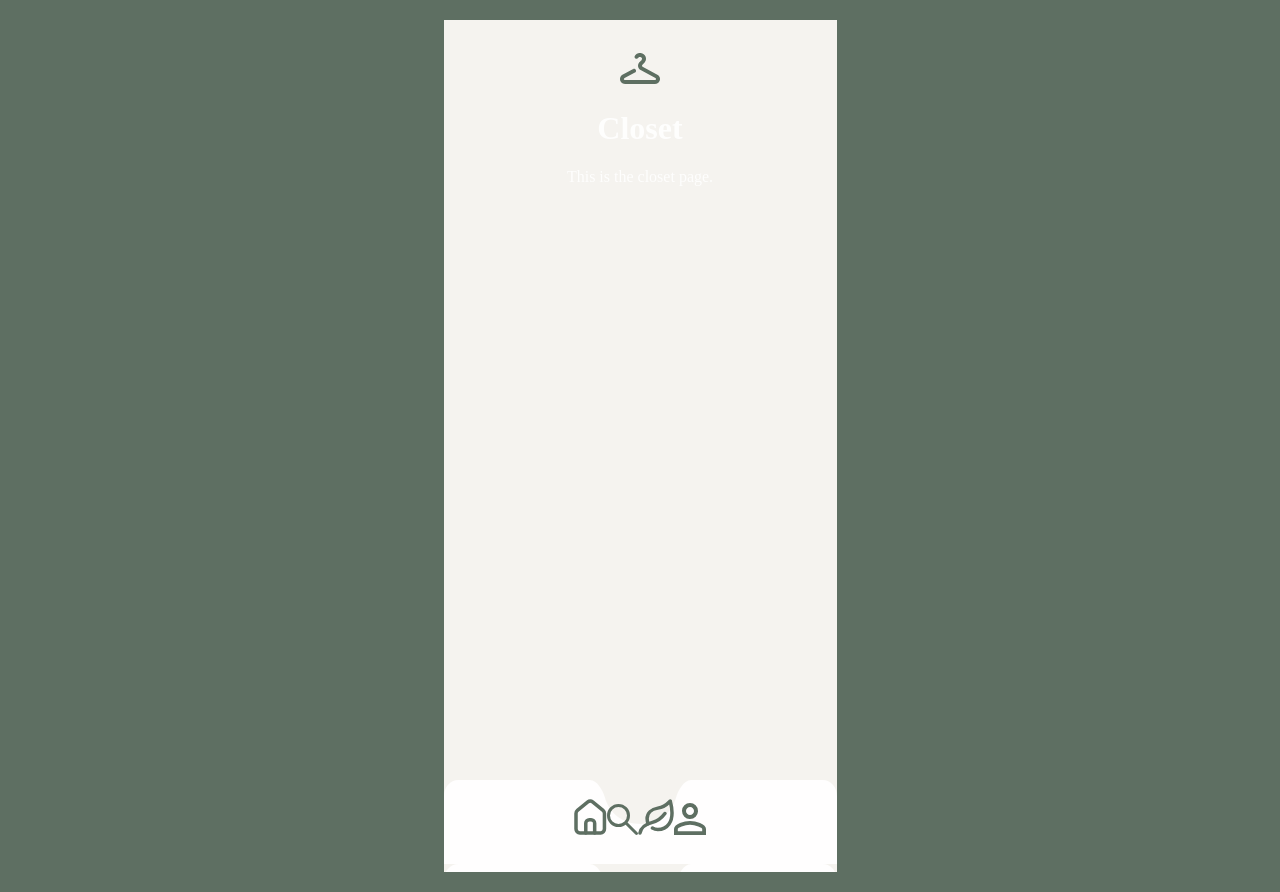
Repository: Strawb3rryjam/app-slotion
Page: /closet
The author's editor kept a copy of each file at every save. The page is drawn from the files as they stood at one save, then again after the next save.
The browser window is 1280 px wide. The pictures show the whole page.
The project was rebuilt for these pictures with package versions that can differ from the ones it lists, and the page was loaded fresh each time. Also part of the build but not shown: vite.config.js. Imported but missing from the stored project, and not drawn on this page: src/pages/Home.

Above is the page before, as saved 2025-05-09 02:21:15.

After the next save:
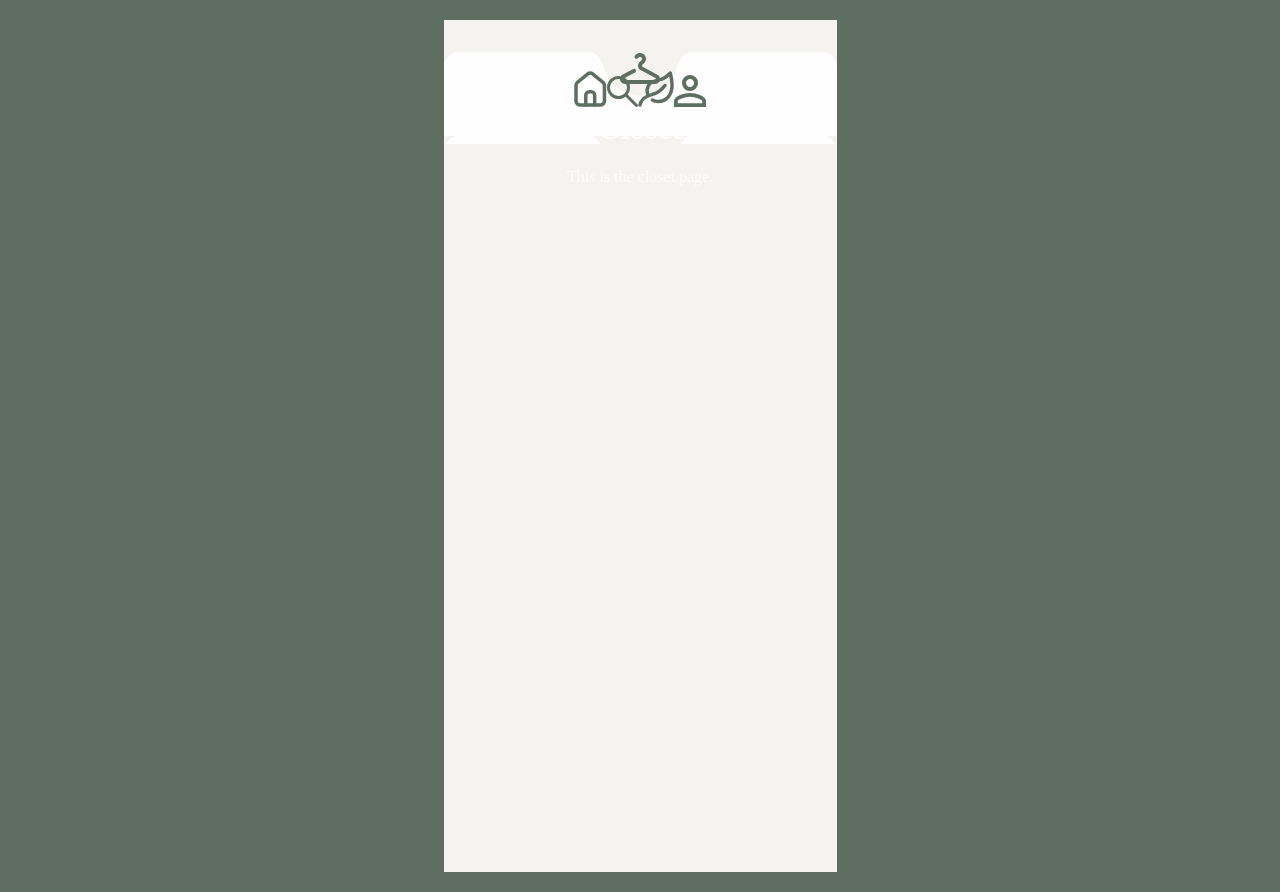
Saved 9 s later.
--- a/src/css/NavBar.module.css
+++ b/src/css/NavBar.module.css
@@ -6,7 +6,7 @@
 
 
     position: absolute;
-    bottom: 0;
+    bottom: -2;
     left: 0;
     display: flex;
     justify-content: center;  /* Align the navbar content centrally */

After the save that followed:
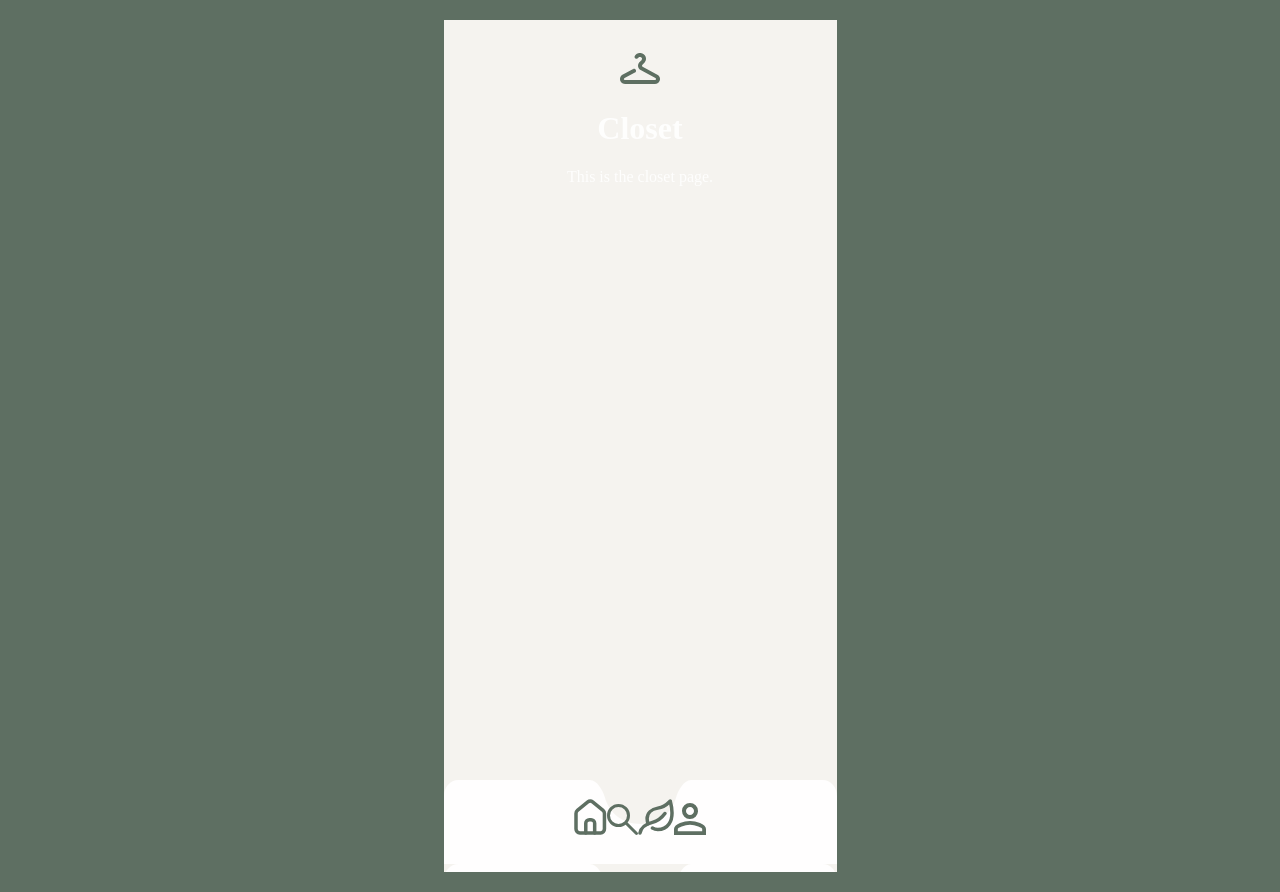
Saved 10 s later.
--- a/src/css/NavBar.module.css
+++ b/src/css/NavBar.module.css
@@ -6,7 +6,7 @@
 
 
     position: absolute;
-    bottom: -2;
+    bottom: 0;
     left: 0;
     display: flex;
     justify-content: center;  /* Align the navbar content centrally */
